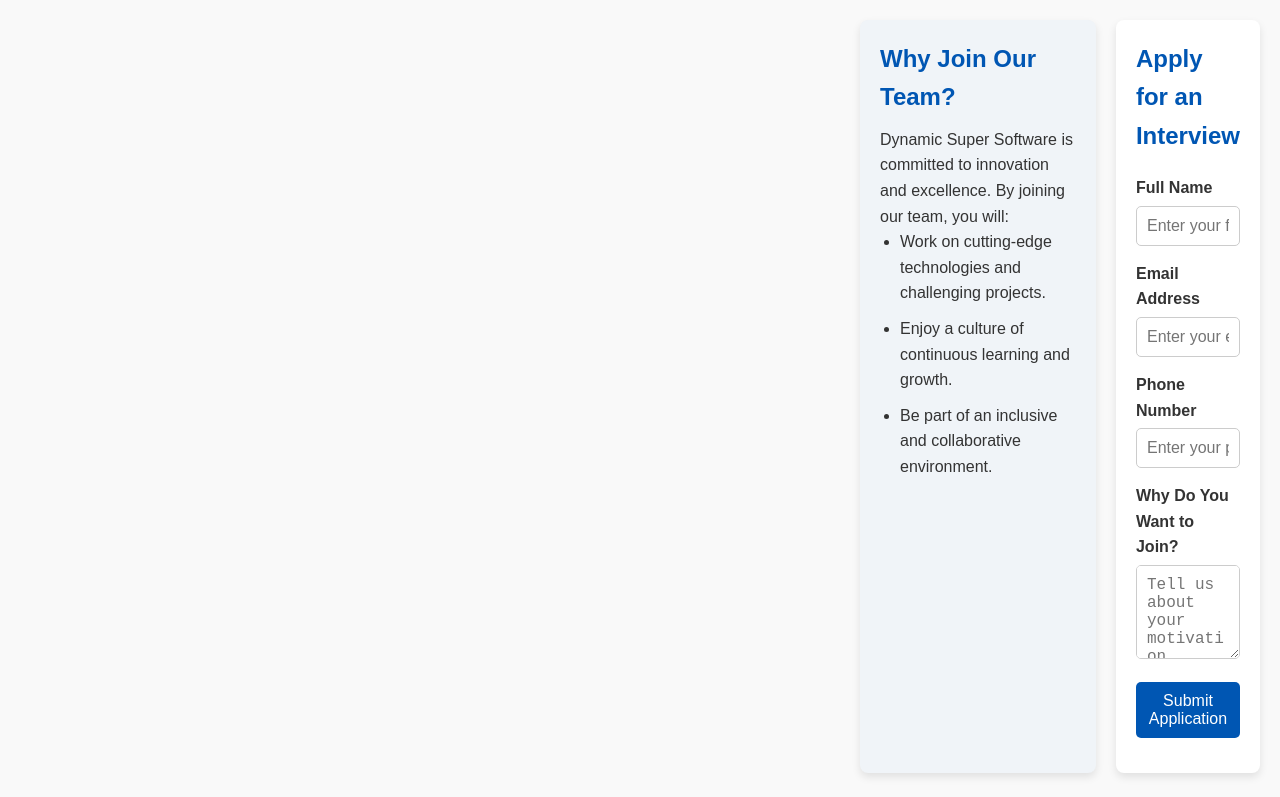
Repository: abhibkop27/CIMDR
Page: src/sample.html
The author's editor kept a copy of each file at every save. The page is drawn from the files as they stood at one save, then again after the next save.
The browser window is 1280 px wide. The pictures show the whole page.

Above is the page before, as saved 2025-01-20 15:58:15.

After the next save:
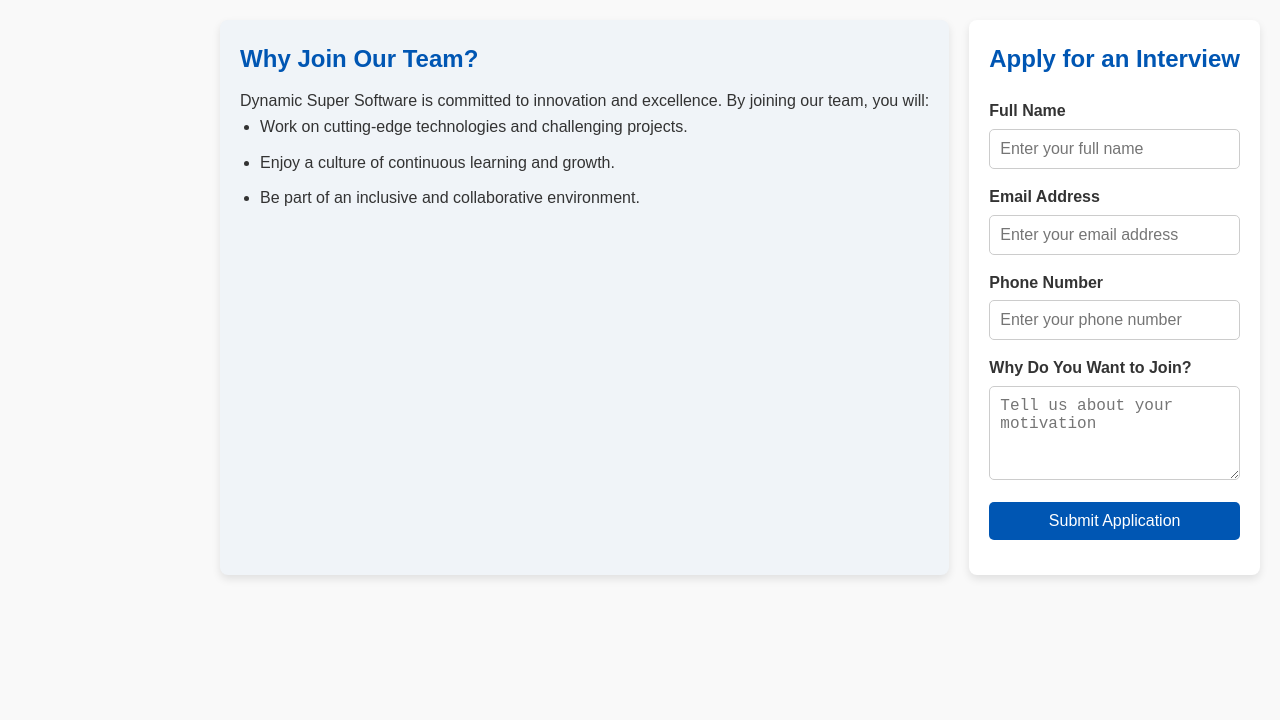
Saved 7 s later.
--- a/src/sample.html
+++ b/src/sample.html
@@ -23,8 +23,7 @@
             padding: 20px;
         }
         .content {
-            width: ;
-            max-width: 400px;
+
             display: flex;
             justify-content: space-between;
             gap: 20px;
